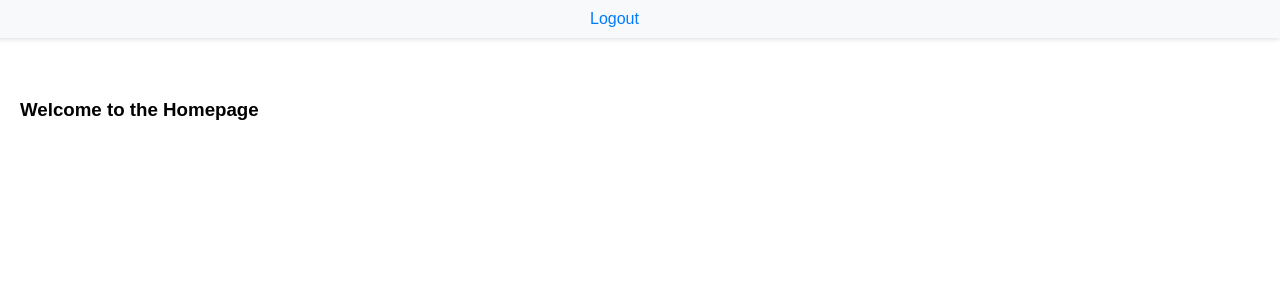
Repository: Faisal-Abdo/Savings_App_Django
Page: http://localhost/home/
These files come from the project's save history. The page is drawn as it stood at one moment and after the next save; the edit follows.
The browser window is 1280 px wide. The pictures show the whole page.
The page is served by the project's application, run on Django 4.2 (manage.py).

Above is the page before, as saved 2024-07-24 23:51:15.

After the next save:
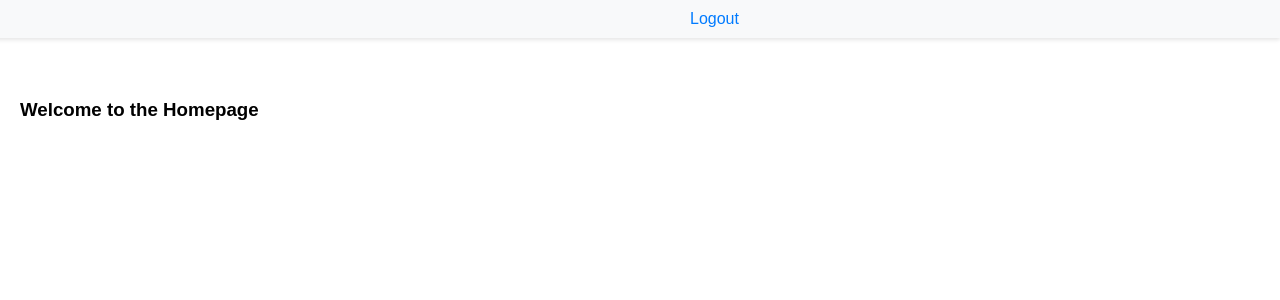
Saved 8 s later.
--- a/registration/templates/home.html
+++ b/registration/templates/home.html
@@ -23,7 +23,7 @@
             text-decoration: none;
             color: #007bff;
             font-size: 16px;
-            margin-left: 600px;
+            margin-left: 700px;
         }
         .header a:hover {
             text-decoration: underline;
